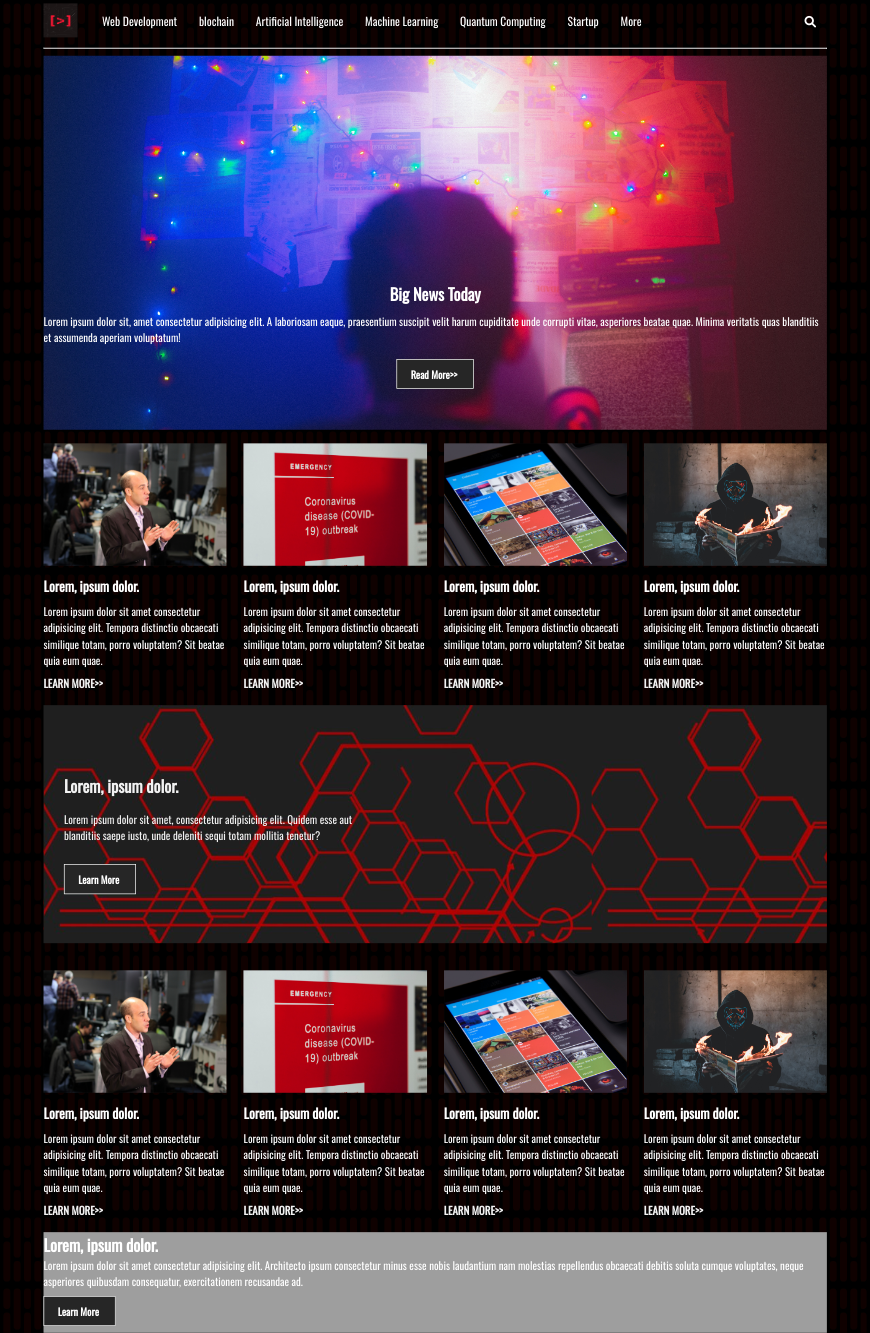
Repository: NickArregoces/News_Web
Page: index.html
The author's editor kept a copy of each file at every save. The page is drawn from the files as they stood at one save, then again after the next save.
The browser window is 1280 px wide. The pictures show the whole page, at 68% of full size.
Pictures or frames that could not be fetched are drawn as grey boxes.

Above is the page before, as saved 2021-12-24 20:01:28.

After the next save:
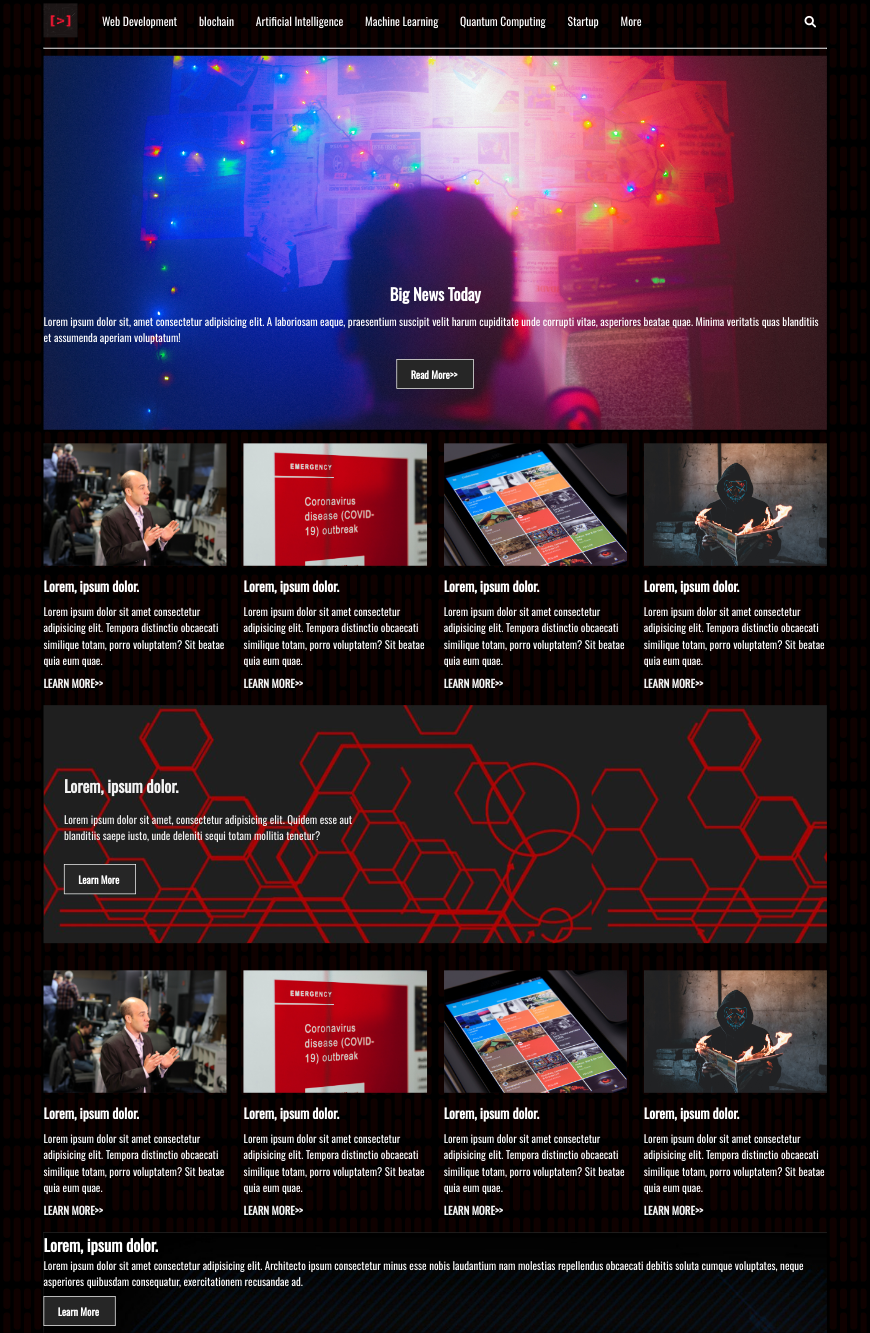
Saved 5 s later.
--- a/style.Css
+++ b/style.Css
@@ -153,5 +153,5 @@ hr{
 /*CARDS BANNER TWO*/
 
 .cards-banner-two{
-    background: url(./img/);
+    background: url(./img/image-five.jpg);
 }
